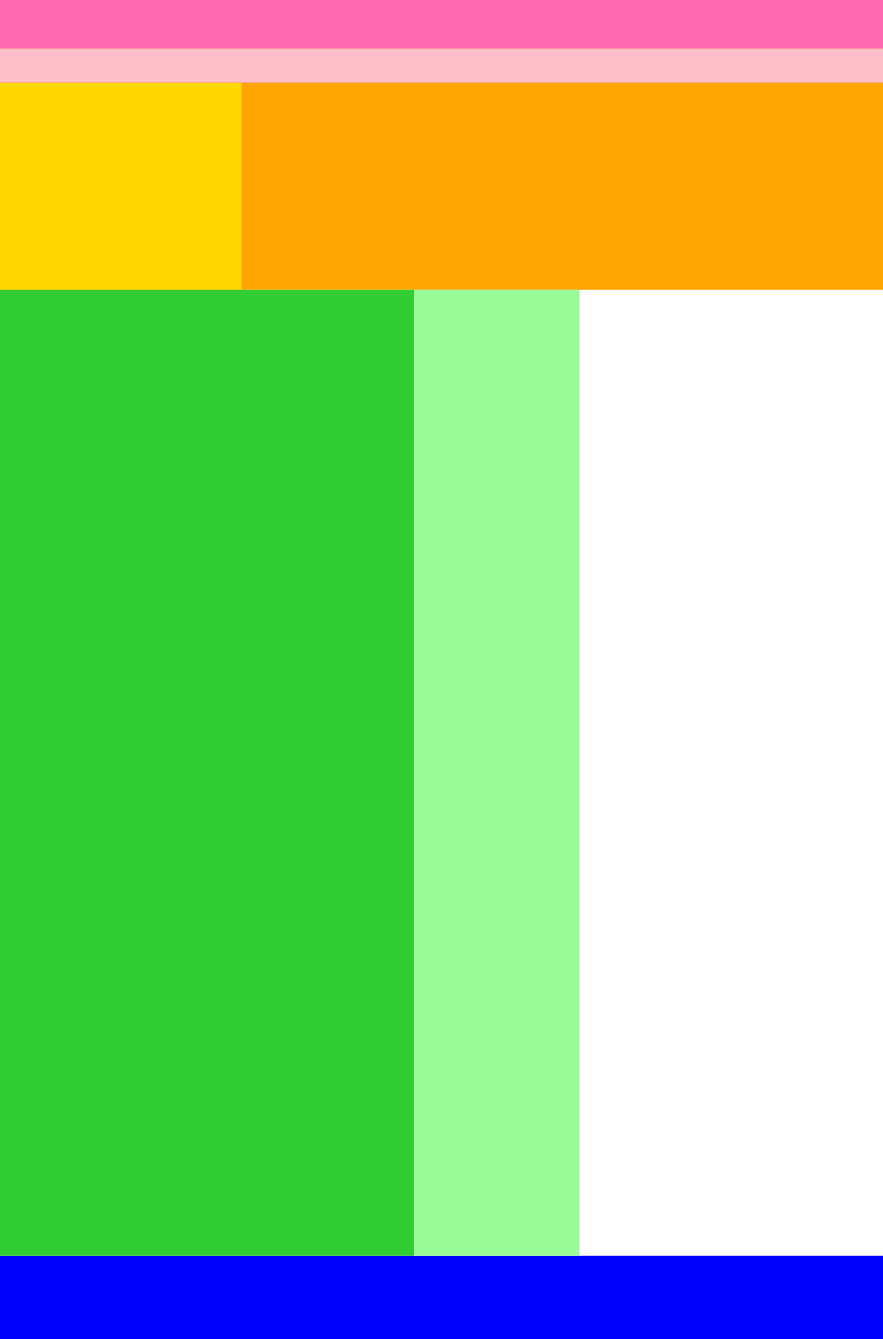
Repository: RAM-OK/git-practice
Page: caravan/index.html
The author's editor kept a record of every edit. The page is drawn from the files as they stood at one moment, then again after the next edit.
The browser window is 1280 px wide. The pictures show the whole page, at 69% of full size.

Above is the page before.

### caravan/index.html
<!DOCTYPE html>
<html lang="ja">
  <head>
    <meta charset="UTF-8" />
    <!- CSSファイルの読み込み ->
    <link rel="stylesheet" href="style.css" />
    <title>CARAVAN</title>
  </head>

  <body>
    <!- header用のdiv ->
    <div class="header">
      <div class="header-top"></div>
      <div class="header-bottom"></div>
    </div>

    <!- main-visual用のdiv ->
    <div class="main-visual">
     <div class="main-visual-content"></div>
    </div>

    <!- main用のdiv ->
    <div class="main">
      <div class="blog"></div>
      <div class="sidebar"></div>
    </div>

    <!- footer用のdiv ->
    <div class="footer"></div>
  </body>
</html>

### caravan/style.css
/* ブラウザがそれぞれ持っているCSSをリセットするための記述 */
*{
  margin: 0;
  padding: 0;
  box-sizing: border-box;
}

.header {
  width: 100%; /*横幅いっぱい */
  height: 120px; /* 高さ120px */
  background-color: red; /* 背景色red */
}

.header-top {
  width: 100%; /* 横幅いっぱい　*/
  height: 70px; /* 高さ70px */
  background-color: hotpink; /* 背景色hotpink */
}

.header-bottom {
  width: 100%; /* 横幅いっぱい */
  height: 50px; /* 高さ50px */
  background-color: pink; /* 背景色pink */
}

.main-visual {
  width: 100%; /* 横幅いっぱい */
  height: 300px; /* 高さ300px */
  background-color: orange; /* 背景色orange */
}

.main-visual-content {
  width: 350px; /* 横幅350px */
  height: 300px; /* 親の高さに揃える */
  background-color: gold; /* 背景色gold */
}

.main {
  width: 840px; /* 横幅840px */
  /* background-color, heightの指定を解除 */
  display: flex; /* Flexboxの利用 */
  justify-content: center; /* 子要素の横並び・中央寄せ */
  margin: 0; auto; /* 中央寄せ （左右の余白がないとできない） */
}

.blog {
  width: 600px; /* 横幅600px */
  height: 1400px; /* 高さ1400px */
  background-color: limegreen; /* 背景色limegreen */
}

.sidebar {
  width: 240px; /* 横幅240px */
  height: 1400px; /* 高さ1400px */
  background-color: palegreen; /* 背景色palegreen */
}

.footer {
  width: 100%; /* 横幅いっぱい */
  height: 120px; /* 高さ120px */
  background-color: blue; /* 背景色blue */
}

After the next edit:
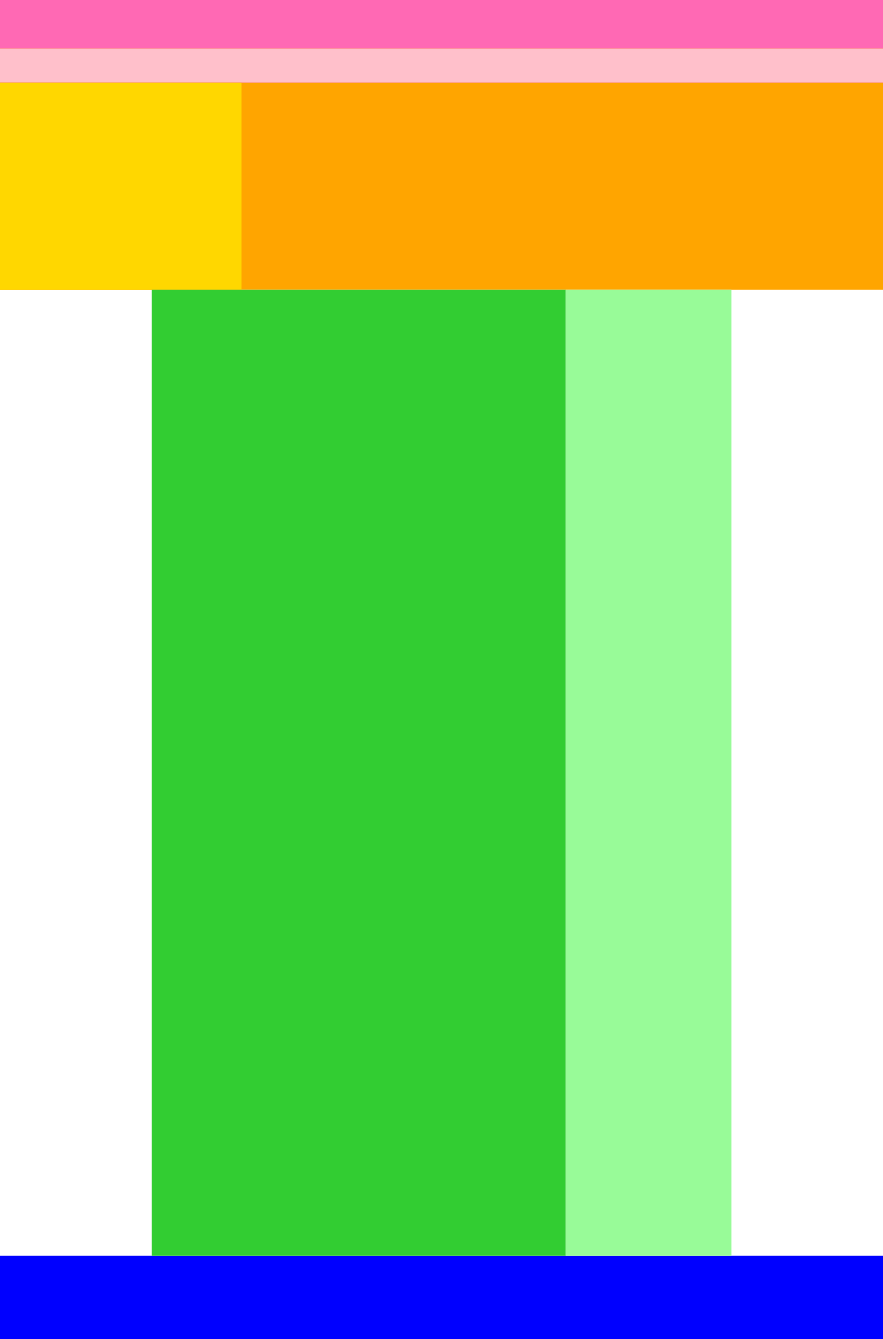
The edit:
--- a/caravan/style.css
+++ b/caravan/style.css
@@ -40,7 +40,7 @@
   /* background-color, heightの指定を解除 */
   display: flex; /* Flexboxの利用 */
   justify-content: center; /* 子要素の横並び・中央寄せ */
-  margin: 0; auto; /* 中央寄せ （左右の余白がないとできない） */
+  margin: 0 auto; /* 中央寄せ （左右の余白がないとできない） */
 }
 
 .blog {
